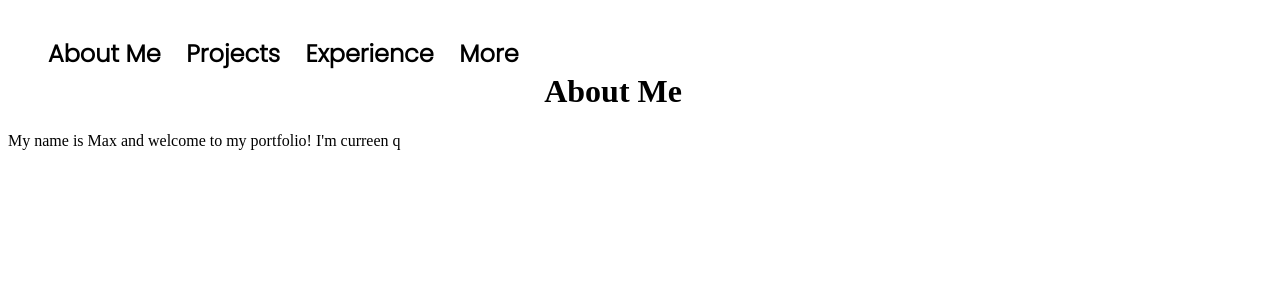
Repository: notMaximilian/maximilianaquino.github.io
Page: about.html
An editor plug-in stored every save of this project. The page is shown before and after the next save, followed by the edit.
The browser window is 1280 px wide. The pictures show the whole page.

Above is the page before, as saved 2022-02-10 09:39:07.
Console error: TypeError: Cannot read properties of null (reading 'style')

After the next save:
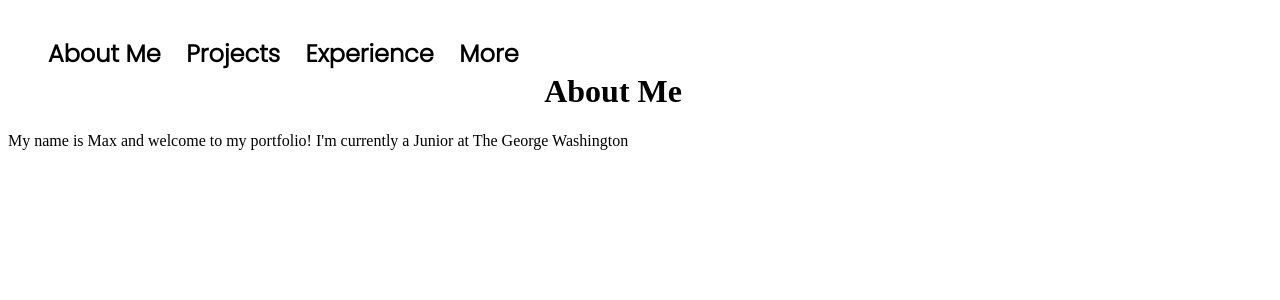
Saved 16 s later.
--- a/about.html
+++ b/about.html
@@ -34,7 +34,8 @@
       <br>
       <br>
       <h1>About Me</h1>
-      <p>My name is Max and welcome to my portfolio! I'm curreen q
+      <p>My name is Max and welcome to my portfolio! I'm currently a Junior at
+        The George Washington
 
 
       </p>
